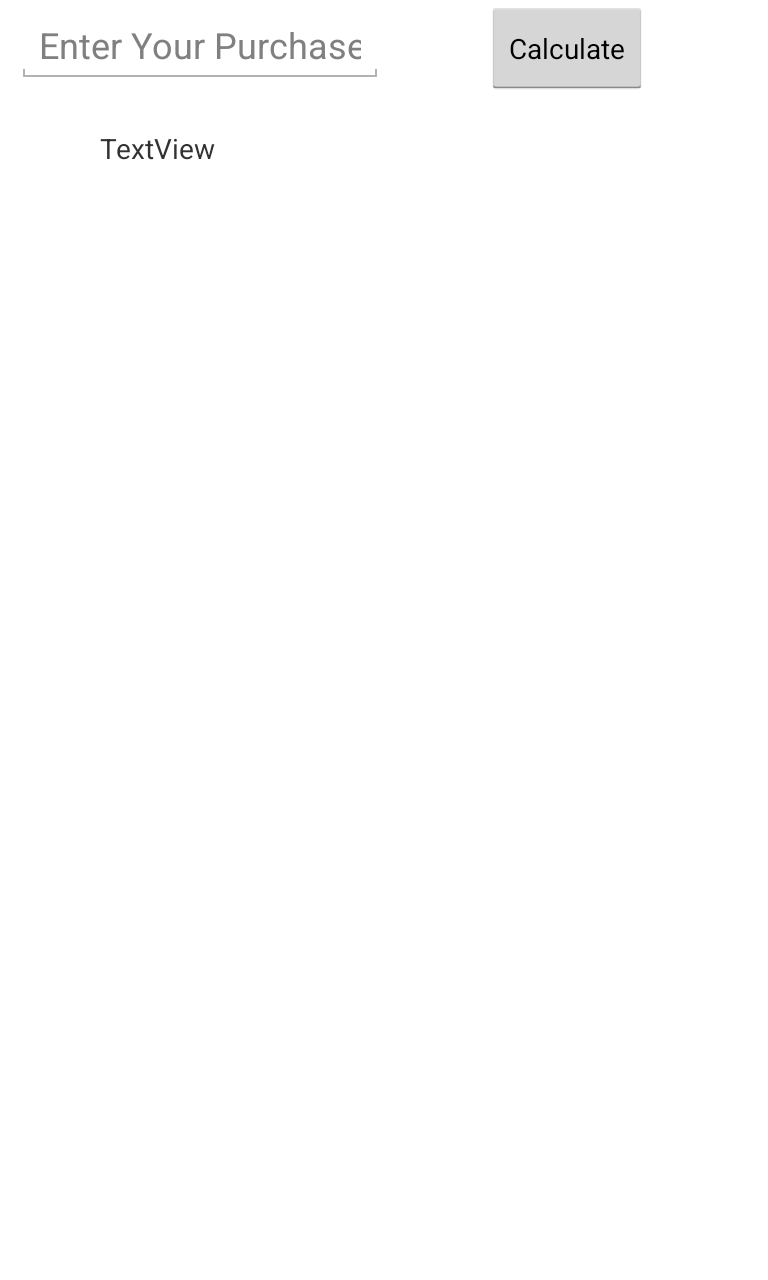
Repository: missxlian/angelHackSac
Layout: workspace/NoteHack/res/layout/fragment_section_intrate.xml
The author's editor kept a copy of each file at every save. The layout is drawn from the files as they stood at one save, then again after the next save.
It is drawn on a 768 x 1280 px phone screen (xhdpi) without system bars, with theme android:Theme.Holo.Light.DarkActionBar; the app's code is not run.

Above is the layout before, as saved 2013-12-01 08:07:22.

### workspace/NoteHack/res/layout/fragment_section_intrate.xml
<?xml version="1.0" encoding="utf-8"?>
<GridLayout xmlns:android="http://schemas.android.com/apk/res/android"
    android:id="@+id/GridLayout1"
    android:layout_width="match_parent"
    android:layout_height="match_parent"
    android:columnCount="4"
    android:orientation="horizontal" >

    <TextView
        android:id="@+id/textView1"
        android:layout_gravity="left"
        android:text="TextView"
        android:translationX="50sp"
        android:translationY="50sp" />

    <EditText
        android:id="@+id/purPrice"
        android:layout_width="185dp"
        android:layout_gravity="fill_horizontal"
        android:ems="10"
        android:hint="Enter Your Purchase Price"
        android:inputType="numberDecimal"
        android:translationX="-50sp" />

    <Button
        android:id="@+id/interestRate"
        style="?android:attr/buttonStyleSmall"
        android:layout_gravity="left"
        android:text="Calculate" />

    <Space
        android:layout_column="3"
        android:layout_gravity="fill_vertical"
        android:layout_row="1" />

</GridLayout>

After the next save:
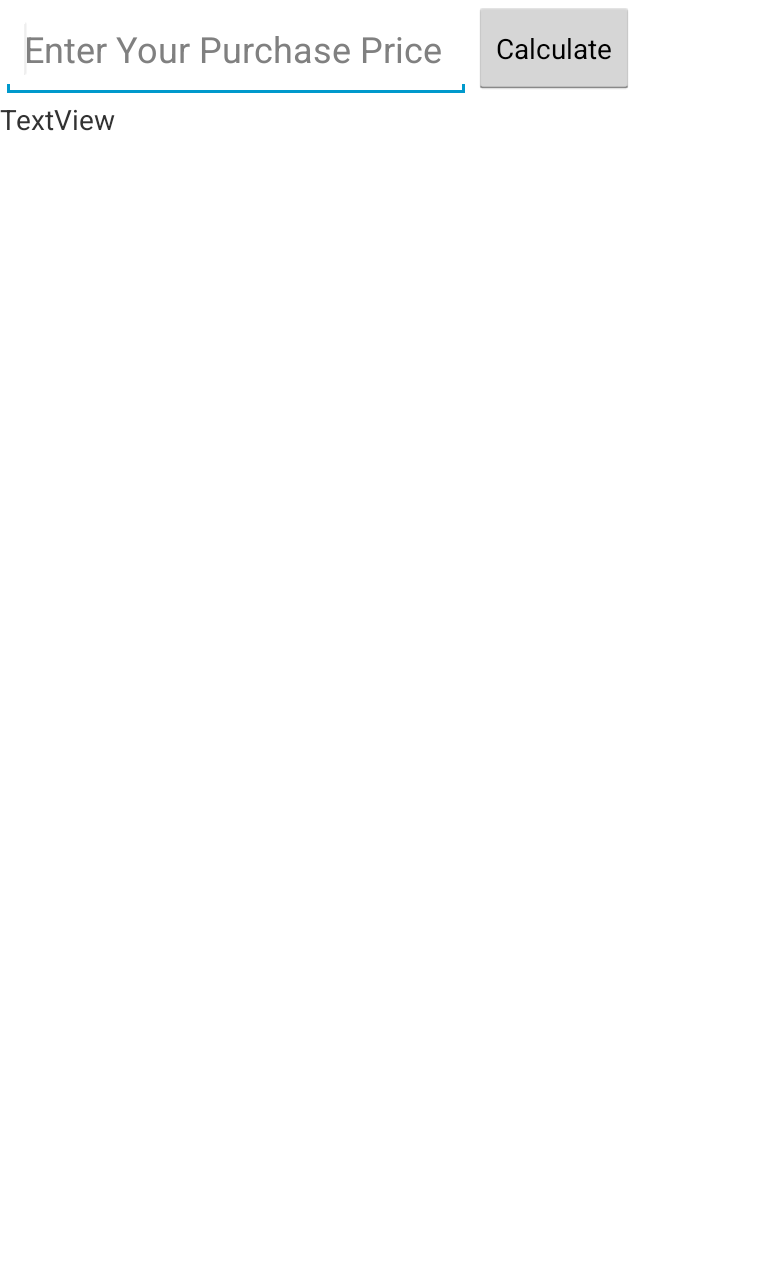
Saved 114 s later.
--- a/workspace/NoteHack/res/layout/fragment_section_intrate.xml
+++ b/workspace/NoteHack/res/layout/fragment_section_intrate.xml
@@ -6,31 +6,41 @@
     android:columnCount="4"
     android:orientation="horizontal" >
 
-    <TextView
-        android:id="@+id/textView1"
-        android:layout_gravity="left"
-        android:text="TextView"
-        android:translationX="50sp"
-        android:translationY="50sp" />
+    <Space
+        android:layout_column="3"
+        android:layout_gravity="fill_vertical"
+        android:layout_row="4" />
 
     <EditText
         android:id="@+id/purPrice"
-        android:layout_width="185dp"
-        android:layout_gravity="fill_horizontal"
+        android:layout_width="236dp"
+        android:layout_height="50dp"
+        android:layout_column="0"
+        android:layout_gravity="left|top"
+        android:layout_row="1"
         android:ems="10"
         android:hint="Enter Your Purchase Price"
-        android:inputType="numberDecimal"
-        android:translationX="-50sp" />
+        android:inputType="numberDecimal" >
+
+        <requestFocus />
+    </EditText>
 
     <Button
         android:id="@+id/interestRate"
         style="?android:attr/buttonStyleSmall"
-        android:layout_gravity="left"
+        android:layout_width="wrap_content"
+        android:layout_column="1"
+        android:layout_gravity="fill_horizontal|top"
+        android:layout_row="1"
         android:text="Calculate" />
 
-    <Space
-        android:layout_column="3"
-        android:layout_gravity="fill_vertical"
-        android:layout_row="1" />
+    <TextView
+        android:id="@+id/textView1"
+        android:layout_width="90dp"
+        android:layout_height="52dp"
+        android:layout_column="0"
+        android:layout_gravity="left|top"
+        android:layout_row="2"
+        android:text="TextView" />
 
 </GridLayout>
